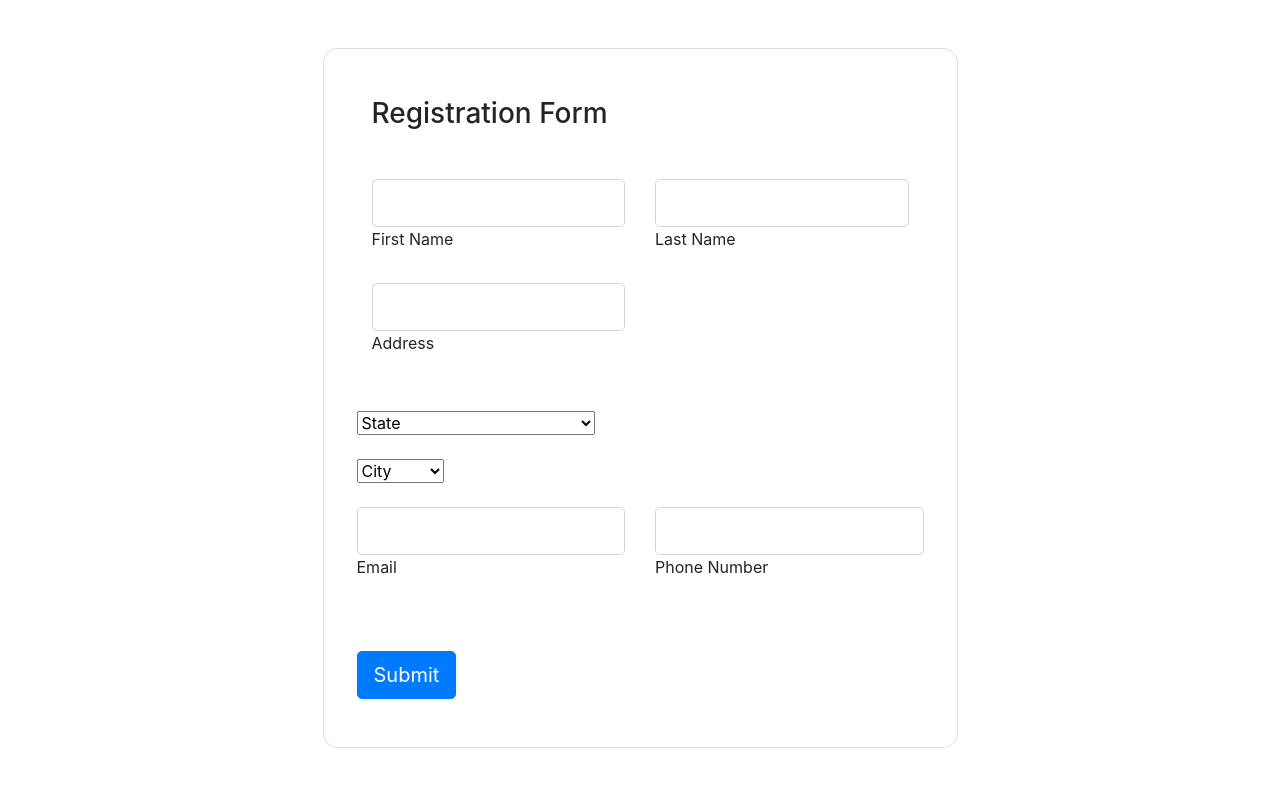
Repository: KeithKeithZ/libapp
Page: http://localhost/userRegister
The author's editor kept a copy of each file at every save. The page is drawn from the files as they stood at one save, then again after the next save.
The browser window is 1280 px wide. The pictures show the whole page.
The page is served by the project's Laravel application, run on PHP 8.4 with Laravel 8.

Above is the page before, as saved 2021-12-03 12:54:45.

After the next save:
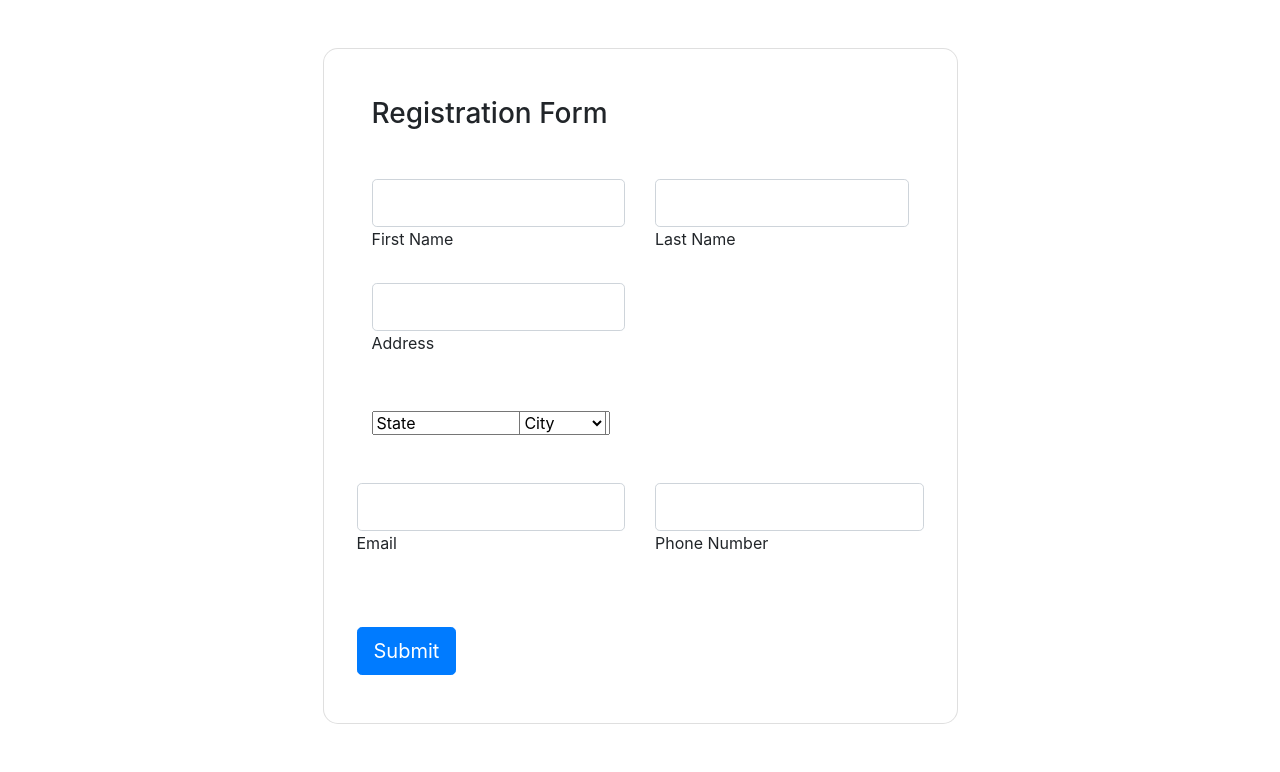
Saved 16 s later.
--- a/resources/views/userRegister.blade.php
+++ b/resources/views/userRegister.blade.php
@@ -49,34 +49,36 @@
                         </div>
 
                         <div class="row">
-                            <div class="col-md-10 mb-4">
-                                <select>
-                                    <option value="1">State</option>
-                                    <option value="2">Alberta</option>
-                                    <option value="3">British Columbia</option>
-                                    <option value="4">Manitoba</option>
-                                    <option value="5">New Brunswick</option>
-                                    <option value="6">Newfoundland and Labrador</option>
-                                    <option value="7">Northwest Territories</option>
-                                    <option value="8">Nova Scotia</option>
-                                    <option value="9">Nunavut</option>
-                                    <option value="10">Ontario</option>
-                                    <option value="11">Prince Edward Island</option>
-                                    <option value="12">Quebec</option>
-                                    <option value="13">Saskatchewan</option>
-                                    <option value="14">Yukon</option>
-                                </select>
-                            </div>
+                            <div class="col-md-6 mb-4 d-flex align-items-center">
+                                <div class="col-md-10 mb-4">
+                                    <select>
+                                        <option value="1">State</option>
+                                        <option value="2">Alberta</option>
+                                        <option value="3">British Columbia</option>
+                                        <option value="4">Manitoba</option>
+                                        <option value="5">New Brunswick</option>
+                                        <option value="6">Newfoundland and Labrador</option>
+                                        <option value="7">Northwest Territories</option>
+                                        <option value="8">Nova Scotia</option>
+                                        <option value="9">Nunavut</option>
+                                        <option value="10">Ontario</option>
+                                        <option value="11">Prince Edward Island</option>
+                                        <option value="12">Quebec</option>
+                                        <option value="13">Saskatchewan</option>
+                                        <option value="14">Yukon</option>
+                                    </select>
+                                </div>
 
-                            <div class="col-md-6 mb-4">
+                                <div class="col-md-6 mb-4">
 
-                                <select class="select">
-                                    <option value="1">City</option>
-                                    <option value="2">Option 1</option>
-                                    <option value="3">Option 2</option>
-                                    <option value="4">Option 3</option>
-                                </select>
-                            </div>
+                                    <select class="select">
+                                        <option value="1">City</option>
+                                        <option value="2">Option 1</option>
+                                        <option value="3">Option 2</option>
+                                        <option value="4">Option 3</option>
+                                    </select>
+                                </div>
+</div>
                         </div>
 
                     <div class="row">
